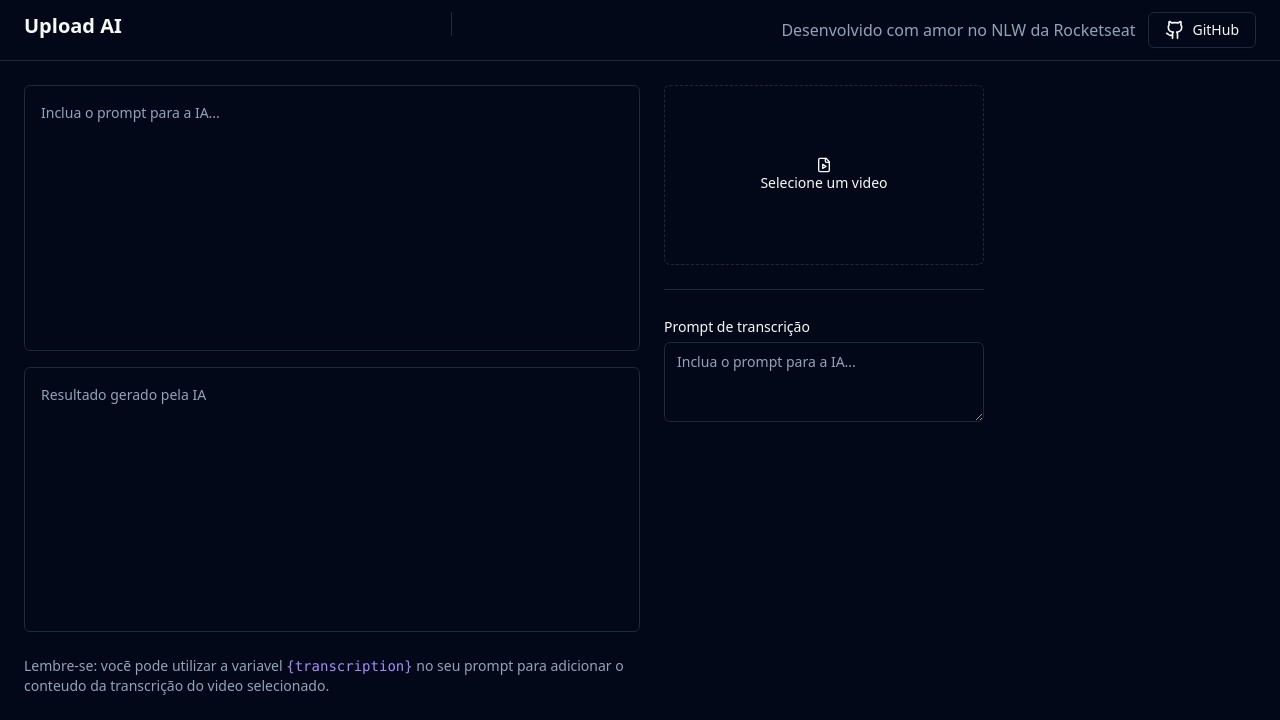
Repository: brksaian/nlw-2023-IA
Page: /
The author's editor kept a copy of each file at every save. The page is drawn from the files as they stood at one save, then again after the next save.
The browser window is 1280 px wide. The pictures show the whole page.
The project was rebuilt for these pictures with package versions that can differ from the ones it lists, and the page was loaded fresh each time. Also part of the build but not shown: vite.config.ts.

Above is the page before, as saved 2023-09-12 22:32:40.

### index.html
<!DOCTYPE html>
<html lang="en">
  <head>
    <meta charset="UTF-8" />
    <meta name="viewport" content="width=device-width, initial-scale=1.0" />
    <title>Upload AI</title>
  </head>
  <body>
    <div id="root"></div>
    <script type="module" src="/src/main.tsx"></script>
  </body>
</html>

### src/App.tsx
import { Button } from "./components/ui/button";
import { Github, FileVideo } from "lucide-react";
import { Separator } from "./components/ui/separator";
import { Textarea } from "./components/ui/textarea";
import { Label } from "./components/ui/label";

export function App() {
  return (
    <div className="min-h-screen flex flex-col">
      <div className="px-6 py-3 flex item-center justify-between border-b">
        <h1 className="text-xl font-bold">Upload AI</h1>

        <Separator orientation="vertical" className="h-6" />

        <div className="flex items-center gap-3">
          <span className="text-small text-muted-foreground">
            Desenvolvido com amor no NLW da Rocketseat
          </span>
          <Button variant="outline">
            <Github className="w-5 h-5 mr-2" />
            GitHub
          </Button>
        </div>
      </div>
      <main className="flex-1 p-6 flex gap-6">
        <div className="flex flex-col gap-6 w-1/2">
          <div className="grid grid-rows-2 gap-4 flex-1">
            <Textarea
              placeholder="Inclua o prompt para a IA..."
              className="resize-none p-4 leading-relaxed"
            />
            <Textarea
              placeholder="Resultado gerado pela IA"
              className="resize-none p-4 leading-relaxed"
              readOnly
            />
          </div>
          <p className="text-sm text-muted-foreground">
            Lembre-se: vocẽ pode utilizar a variavel{" "}
            <code className="text-violet-400">{"{transcription}"}</code> no seu
            prompt para adicionar o conteudo da transcrição do video
            selecionado.
          </p>
        </div>
        <aside className="w-80 space-y-6">
          <form className="space-y-6">
            <label
              htmlFor="video"
              className="border flex rounded-md aspect-video cursor-pointer border-dashed text-sm flex-col items-center justify-center texte-muted-foreground hover:bg-primary/5"
            >
              <FileVideo className="w-4 h-4" />
              Selecione um video
            </label>
            <input
              type="file"
              name="video"
              id="video"
              className="sr-only"
              accept="video/mp4"
            />

            <Separator />

            <div className="space-y-1">
              <Label htmlFor="transcription-prompt">
                Prompt de transcrição
              </Label>
              <Textarea
                id="transcription-prompt"
                placeholder="Inclua o prompt para a IA..."
                className="min-h-20 leading-relaxed"
              />
            </div>
          </form>
        </aside>
      </main>
    </div>
  );
}

### src/index.css
@tailwind base;
@tailwind components;
@tailwind utilities;

@layer base {
  :root {
    --background: 222.2 84% 4.9%;
    --foreground: 210 40% 98%;
    --card: 222.2 84% 4.9%;
    --card-foreground: 210 40% 98%;
    --popover: 222.2 84% 4.9%;
    --popover-foreground: 210 40% 98%;
    --primary: 217.2 91.2% 59.8%;
    --primary-foreground: 222.2 47.4% 11.2%;
    --secondary: 217.2 32.6% 17.5%;
    --secondary-foreground: 210 40% 98%;
    --muted: 217.2 32.6% 17.5%;
    --muted-foreground: 215 20.2% 65.1%;
    --accent: 217.2 32.6% 17.5%;
    --accent-foreground: 210 40% 98%;
    --destructive: 0 62.8% 30.6%;
    --destructive-foreground: 210 40% 98%;
    --border: 217.2 32.6% 17.5%;
    --input: 217.2 32.6% 17.5%;
    --ring: 224.3 76.3% 48%;

    --radius: 0.5rem;
  }
}

@layer base {
  * {
    @apply border-border;
  }
  body {
    @apply bg-background text-foreground;
  }
}

### src/components/ui/button.tsx
import * as React from "react"
import { Slot } from "@radix-ui/react-slot"
import { cva, type VariantProps } from "class-variance-authority"

import { cn } from "@/lib/utils"

const buttonVariants = cva(
  "inline-flex items-center justify-center rounded-md text-sm font-medium transition-colors focus-visible:outline-none focus-visible:ring-1 focus-visible:ring-ring disabled:pointer-events-none disabled:opacity-50",
  {
    variants: {
      variant: {
        default:
          "bg-primary text-primary-foreground shadow hover:bg-primary/90",
        destructive:
          "bg-destructive text-destructive-foreground shadow-sm hover:bg-destructive/90",
        outline:
          "border border-input bg-transparent shadow-sm hover:bg-accent hover:text-accent-foreground",
        secondary:
          "bg-secondary text-secondary-foreground shadow-sm hover:bg-secondary/80",
        ghost: "hover:bg-accent hover:text-accent-foreground",
        link: "text-primary underline-offset-4 hover:underline",
      },
      size: {
        default: "h-9 px-4 py-2",
        sm: "h-8 rounded-md px-3 text-xs",
        lg: "h-10 rounded-md px-8",
        icon: "h-9 w-9",
      },
    },
    defaultVariants: {
      variant: "default",
      size: "default",
    },
  }
)

export interface ButtonProps
  extends React.ButtonHTMLAttributes<HTMLButtonElement>,
    VariantProps<typeof buttonVariants> {
  asChild?: boolean
}

const Button = React.forwardRef<HTMLButtonElement, ButtonProps>(
  ({ className, variant, size, asChild = false, ...props }, ref) => {
    const Comp = asChild ? Slot : "button"
    return (
      <Comp
        className={cn(buttonVariants({ variant, size, className }))}
        ref={ref}
        {...props}
      />
    )
  }
)
Button.displayName = "Button"

export { Button, buttonVariants }

### src/components/ui/separator.tsx
import * as React from "react"
import * as SeparatorPrimitive from "@radix-ui/react-separator"

import { cn } from "@/lib/utils"

const Separator = React.forwardRef<
  React.ElementRef<typeof SeparatorPrimitive.Root>,
  React.ComponentPropsWithoutRef<typeof SeparatorPrimitive.Root>
>(
  (
    { className, orientation = "horizontal", decorative = true, ...props },
    ref
  ) => (
    <SeparatorPrimitive.Root
      ref={ref}
      decorative={decorative}
      orientation={orientation}
      className={cn(
        "shrink-0 bg-border",
        orientation === "horizontal" ? "h-[1px] w-full" : "h-full w-[1px]",
        className
      )}
      {...props}
    />
  )
)
Separator.displayName = SeparatorPrimitive.Root.displayName

export { Separator }

### src/components/ui/textarea.tsx
import * as React from "react"

import { cn } from "@/lib/utils"

export interface TextareaProps
  extends React.TextareaHTMLAttributes<HTMLTextAreaElement> {}

const Textarea = React.forwardRef<HTMLTextAreaElement, TextareaProps>(
  ({ className, ...props }, ref) => {
    return (
      <textarea
        className={cn(
          "flex min-h-[60px] w-full rounded-md border border-input bg-transparent px-3 py-2 text-sm shadow-sm placeholder:text-muted-foreground focus-visible:outline-none focus-visible:ring-1 focus-visible:ring-ring disabled:cursor-not-allowed disabled:opacity-50",
          className
        )}
        ref={ref}
        {...props}
      />
    )
  }
)
Textarea.displayName = "Textarea"

export { Textarea }

### src/components/ui/label.tsx
import * as React from "react"
import * as LabelPrimitive from "@radix-ui/react-label"
import { cva, type VariantProps } from "class-variance-authority"

import { cn } from "@/lib/utils"

const labelVariants = cva(
  "text-sm font-medium leading-none peer-disabled:cursor-not-allowed peer-disabled:opacity-70"
)

const Label = React.forwardRef<
  React.ElementRef<typeof LabelPrimitive.Root>,
  React.ComponentPropsWithoutRef<typeof LabelPrimitive.Root> &
    VariantProps<typeof labelVariants>
>(({ className, ...props }, ref) => (
  <LabelPrimitive.Root
    ref={ref}
    className={cn(labelVariants(), className)}
    {...props}
  />
))
Label.displayName = LabelPrimitive.Root.displayName

export { Label }

Loaded but not shown: src/main.tsx (common file); src/lib/utils.ts (common file); tailwind.config.js (common file)

After the next save:
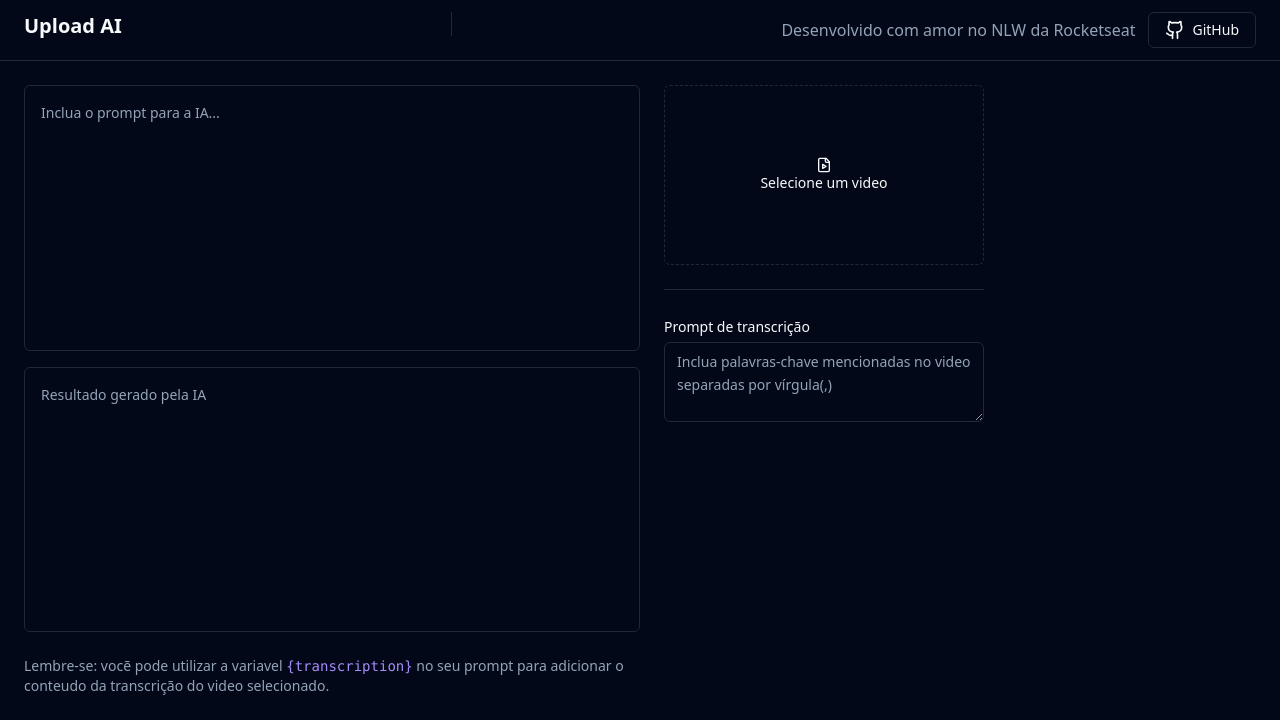
Saved 56 s later.
--- a/src/App.tsx
+++ b/src/App.tsx
@@ -67,7 +67,7 @@ export function App() {
               </Label>
               <Textarea
                 id="transcription-prompt"
-                placeholder="Inclua o prompt para a IA..."
+                placeholder="Inclua palavras-chave mencionadas no video separadas por vírgula(,)"
                 className="min-h-20 leading-relaxed"
               />
             </div>
